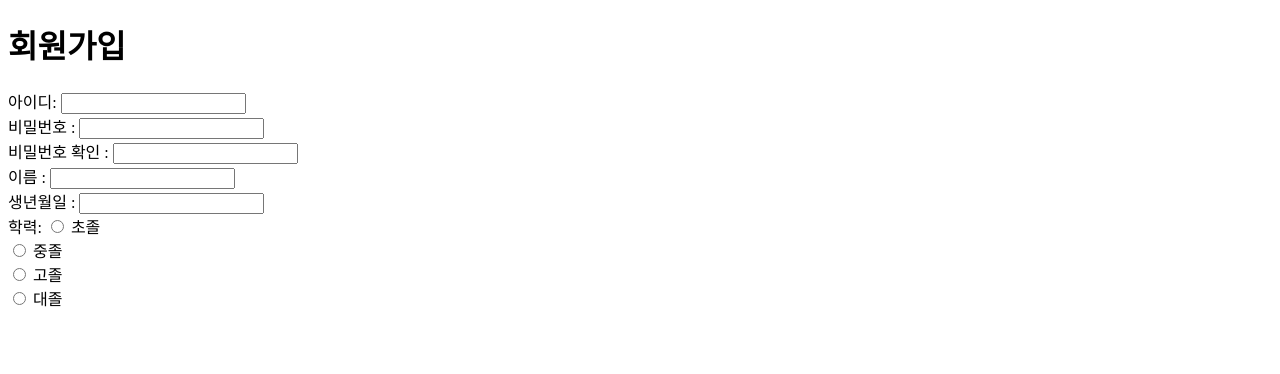
Repository: rmh6363/javastudy
Page: HelloWorld/WebContent/d.html
The author's editor kept a copy of each file at every save. The page is drawn from the files as they stood at one save, then again after the next save.
The browser window is 1280 px wide. The pictures show the whole page.

Above is the page before, as saved 2020-12-04 08:32:16.

After the next save:
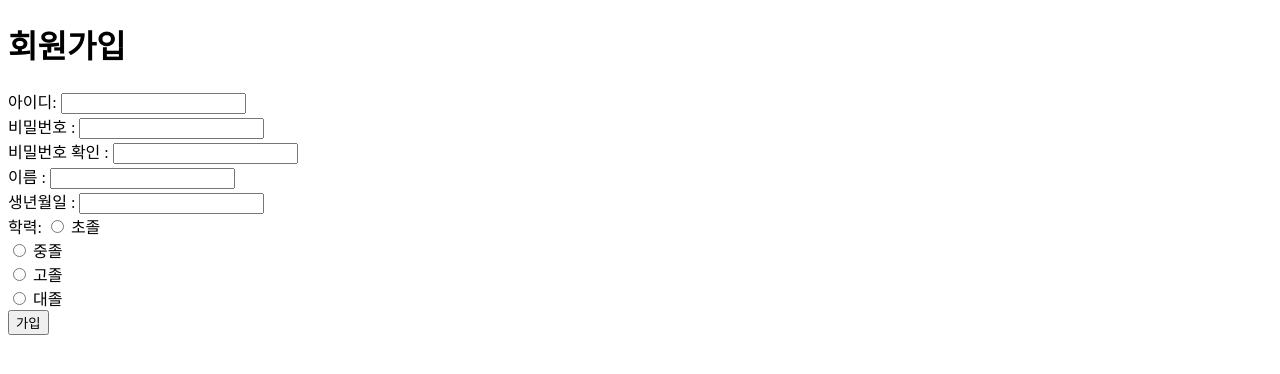
Saved 29 s later.
--- a/HelloWorld/WebContent/d.html
+++ b/HelloWorld/WebContent/d.html
@@ -31,7 +31,7 @@
 <br>
 <input type="radio" name = "school" value="es" id = "us"> <label for = "us">대졸</label>
 <br>
-
+<button>가입</button>
 
 </form>
 
